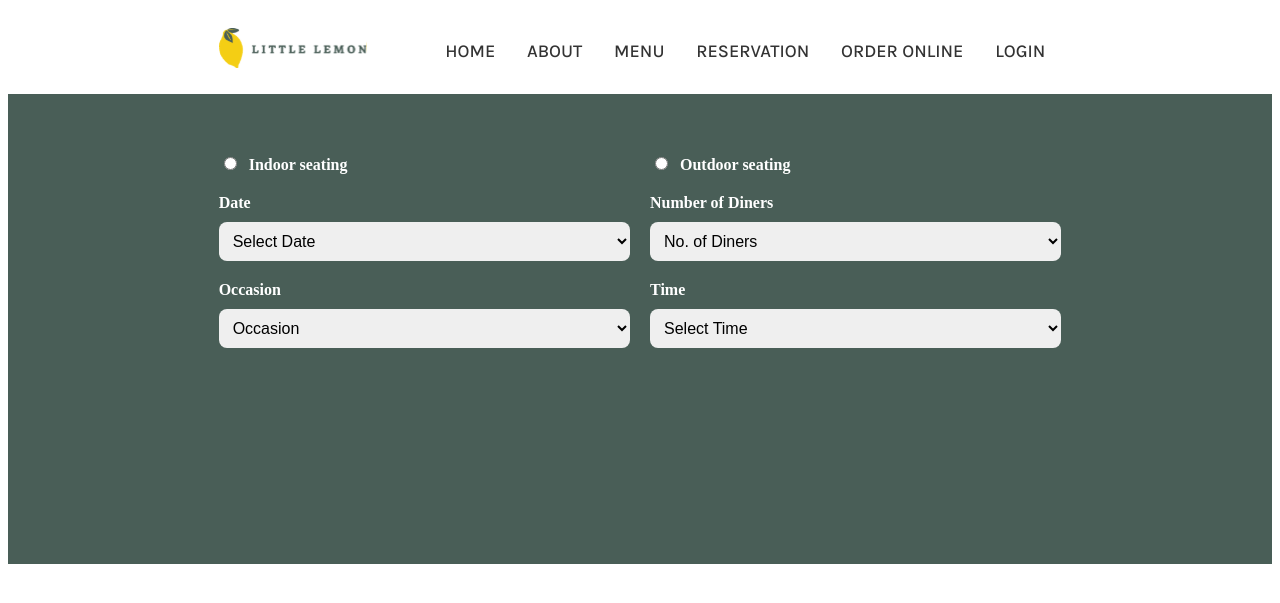
Repository: Yeshwanth-189/little-lemon
Page: /reservation (app in little-lemon/)
An editor plug-in stored every save of this project. The page is shown before and after the next save, followed by the edit.
The browser window is 1280 px wide. The pictures show the whole page.
The project was rebuilt for these pictures with package versions that can differ from the ones it lists, and the page was loaded fresh each time. Also part of the build but not shown: little-lemon/src/index.css, little-lemon/src/components/Hero/Hero.css, little-lemon/src/components/Hero/Hero.jsx, little-lemon/src/components/Specials/Specials.css, little-lemon/src/components/Specials/Specials.jsx, little-lemon/src/components/Testimonials/Testimonials.css, little-lemon/src/components/Testimonials/Testimonials.jsx, little-lemon/src/components/About/About.css and 3 more.

Above is the page before, as saved 2025-04-26 22:26:40.

After the next save:
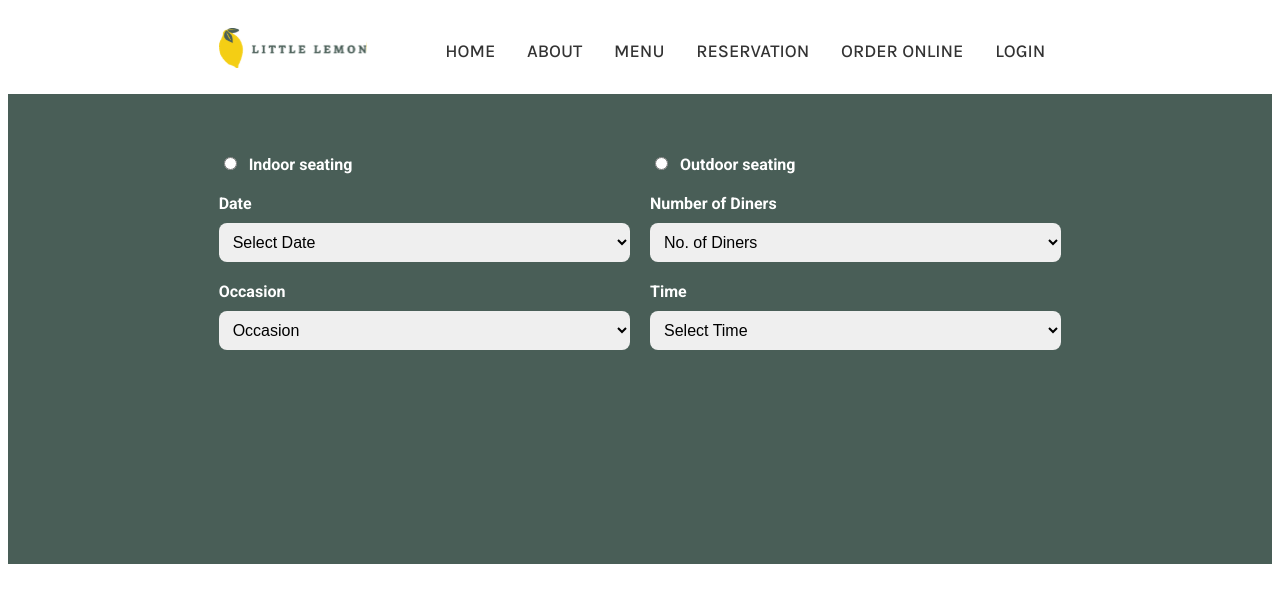
Saved 42 s later.
--- a/little-lemon/src/components/Reservation/Reservation.css
+++ b/little-lemon/src/components/Reservation/Reservation.css
@@ -36,6 +36,7 @@
   display: flex;
   flex-direction: column;
   gap: 10px;
+  font-family: "roboto", sans-serif;
 }
 
 /* Inputs and Selects */
